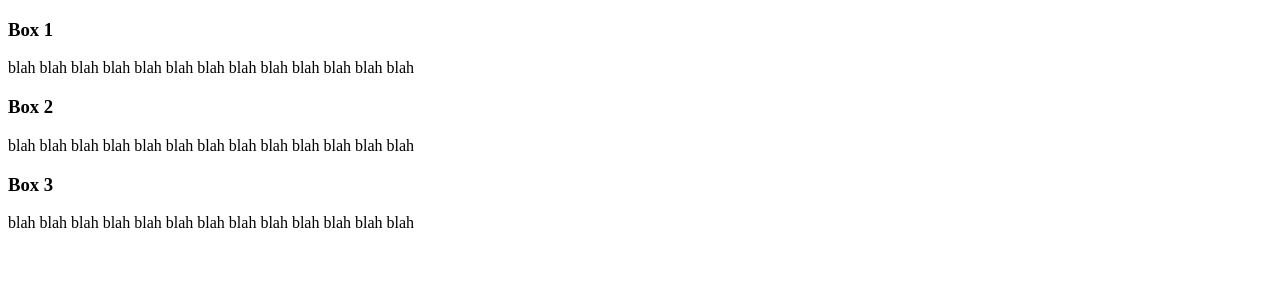
Repository: SHH17HX0r/final-project-10-20
Page: Tom Prigg Dev Portofolio/flex.html
An editor plug-in stored every save of this project. The page is shown before and after the next save, followed by the edit.
The browser window is 1280 px wide. The pictures show the whole page.

Above is the page before, as saved 2020-11-17 00:54:22.

### Tom Prigg Dev Portofolio/flex.html
<!-- This is just a code section for me to refer back to some Flexbox snippets.  -->
<!DOCTYPE html>
<html lang="en">
  <head>
    <meta charset="UTF-8" />
    <meta name="viewport" content="width=device-width, initial-scale=1.0" />
    <title>Flexbox Snippets</title>
  </head>
  <body>
    <div class="container1">
      <div class="box-1">
        <h3>Box 1</h3>
        <p>blah blah blah blah blah blah blah blah blah blah blah blah blah</p>
      </div>
      <div class="box-2">
        <h3>Box 2</h3>
        <p>blah blah blah blah blah blah blah blah blah blah blah blah blah</p>
      </div>
      <div class="box-3">
        <h3>Box 3</h3>
        <p>blah blah blah blah blah blah blah blah blah blah blah blah blah</p>
      </div>
    </div>
  </body>
</html>

After the next save:
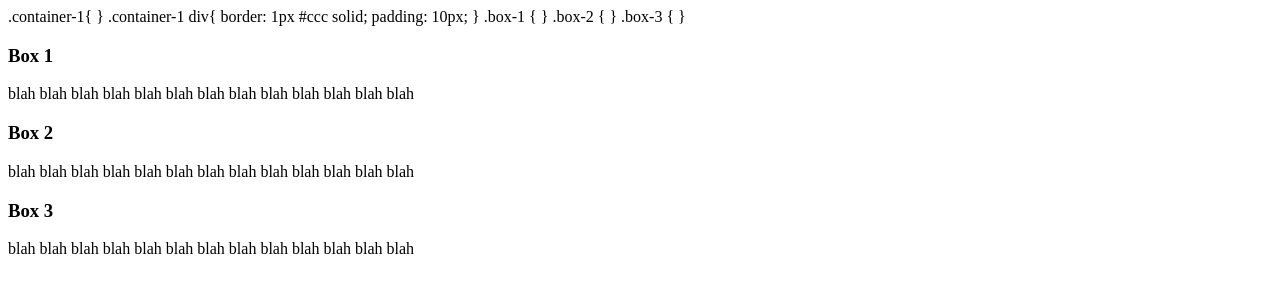
Saved 3 min 17 s later.
--- a/Tom Prigg Dev Portofolio/flex.html
+++ b/Tom Prigg Dev Portofolio/flex.html
@@ -5,9 +5,14 @@
     <meta charset="UTF-8" />
     <meta name="viewport" content="width=device-width, initial-scale=1.0" />
     <title>Flexbox Snippets</title>
+
+    <styl>
+      .container-1{ } .container-1 div{ border: 1px #ccc solid; padding: 10px; }
+      .box-1 { } .box-2 { } .box-3 { }
+    </styl>
   </head>
   <body>
-    <div class="container1">
+    <div class="container-1">
       <div class="box-1">
         <h3>Box 1</h3>
         <p>blah blah blah blah blah blah blah blah blah blah blah blah blah</p>
